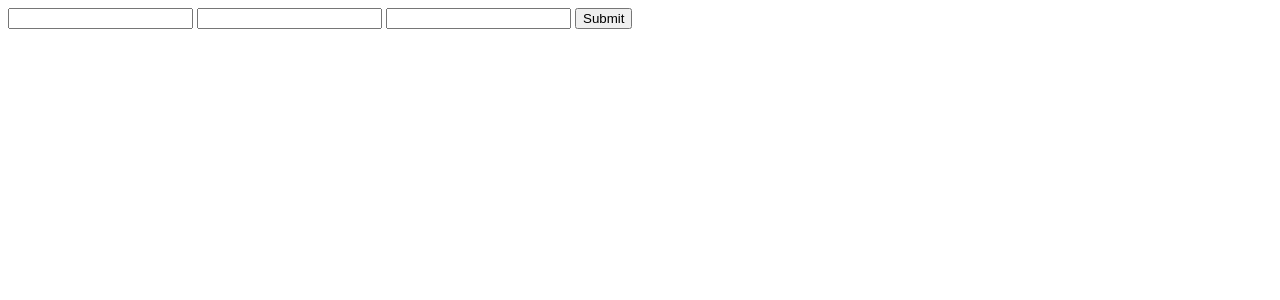
Repository: aishwarya-sankhla/JavaTraining
Page: RESTClient/WebContent/AddCutomer.html
These files come from the project's save history. The page is drawn as it stood at one moment and after the next save; the edit follows.
The browser window is 1280 px wide. The pictures show the whole page.

Above is the page before, as saved 2018-10-08 09:51:18.

### RESTClient/WebContent/AddCutomer.html
<!DOCTYPE html>
<html>
<head>
<meta charset="ISO-8859-1">
<title>Insert title here</title>
<script type="text/javascript" src="js/jquery1-7-2.js"></script>

</head>
<body>
<form action="http://localhost:8080/REST_webService/rest/add" method="post">
	<label for="customerId"></label>
	<input type="text" name="customerId" id="customerId">
	<label for="customerName"></label>
	<input type="text" name="customerName" id="customerName">
	<label for="mobileNumber"></label>
	<input type="text" name="mobileNumber" id="mobileNumber">

	<input type="submit" value="Submit">
</form>
<div id="msg"></div>
</body>
</html>

Loaded but not shown: RESTClient/WebContent/js/jquery1-7-2.js (library)

After the next save:
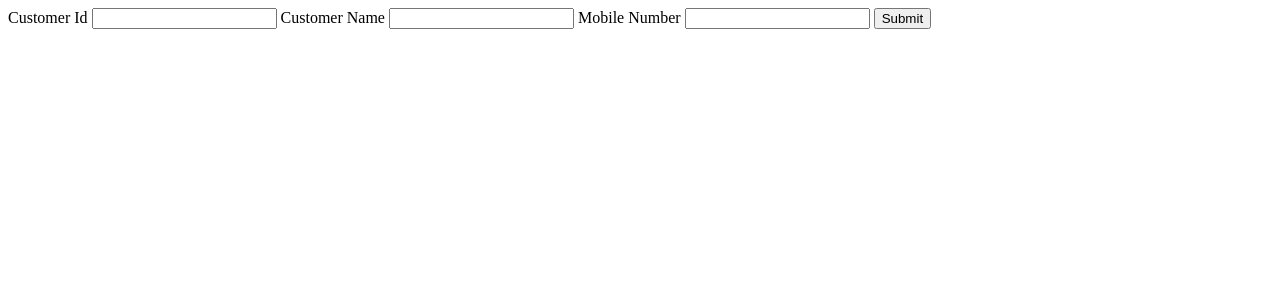
Saved 56 s later.
--- a/RESTClient/WebContent/AddCutomer.html
+++ b/RESTClient/WebContent/AddCutomer.html
@@ -8,11 +8,11 @@
 </head>
 <body>
 <form action="http://localhost:8080/REST_webService/rest/add" method="post">
-	<label for="customerId"></label>
+	<label for="customerId">Customer Id</label>
 	<input type="text" name="customerId" id="customerId">
-	<label for="customerName"></label>
+	<label for="customerName">Customer Name</label>
 	<input type="text" name="customerName" id="customerName">
-	<label for="mobileNumber"></label>
+	<label for="mobileNumber">Mobile Number</label>
 	<input type="text" name="mobileNumber" id="mobileNumber">
 
 	<input type="submit" value="Submit">
